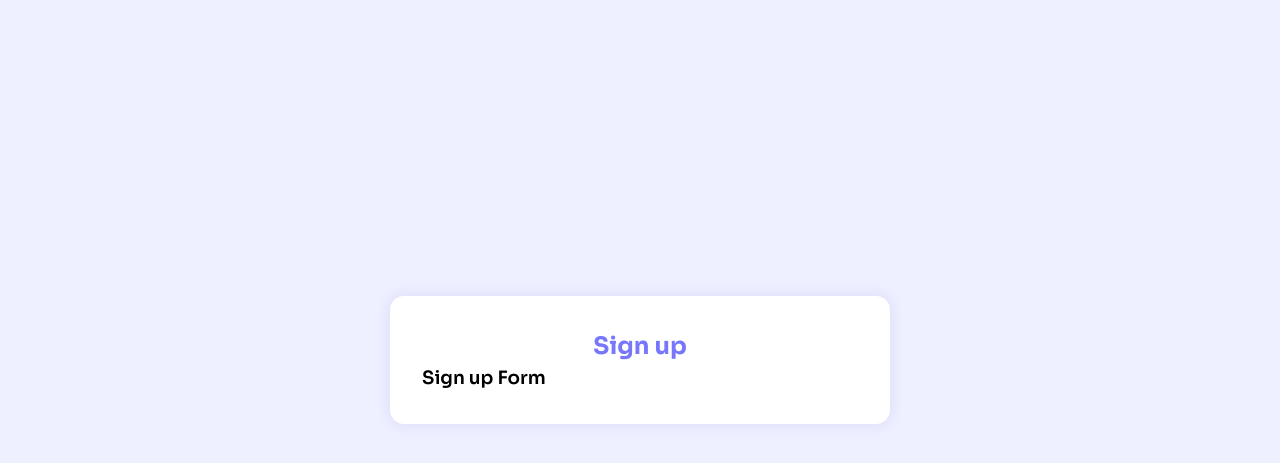
Repository: CarsonDev1/Formik
Page: /
An editor plug-in stored every save of this project. The page is shown before and after the next save, followed by the edit.
The browser window is 1280 px wide. The pictures show the whole page.
The project was rebuilt for these pictures with package versions that can differ from the ones it lists, and the page was loaded fresh each time. Also part of the build but not shown: src/Components/signup.css.

Above is the page before, as saved 2022-08-28 09:27:26.

After the next save:
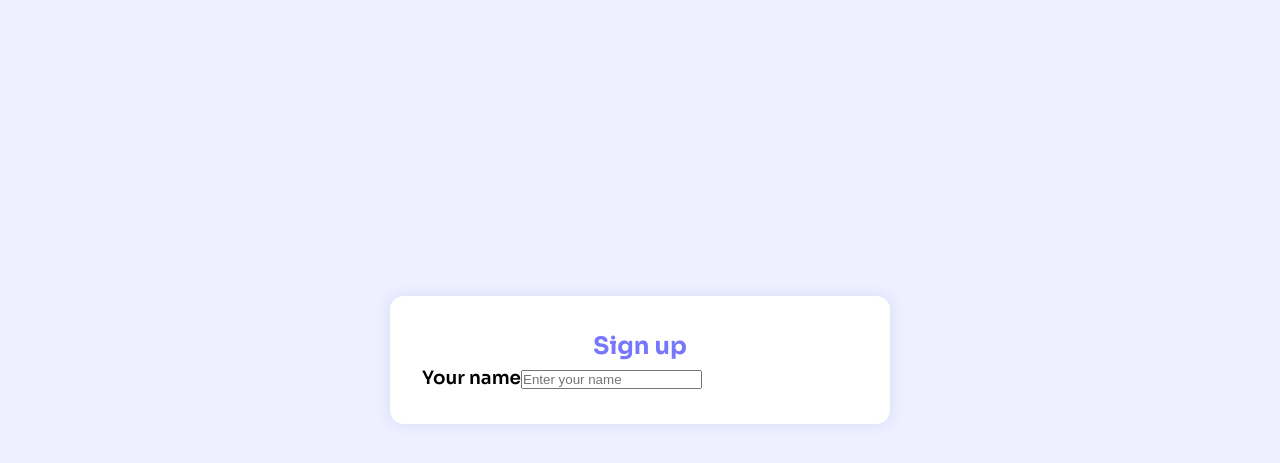
Saved 73 s later.
--- a/src/Components/SignupForm.jsx
+++ b/src/Components/SignupForm.jsx
@@ -6,7 +6,19 @@ const SignupForm = () => {
 	const [phone, setPhone] = useState("");
 	const [password, setPassword] = useState("");
 	const [confirmedPassword, setConfirmedPassword] = useState("");
-	return <>Sign up Form</>;
+	return (
+		<section>
+			<form className="infoform">
+				<label>Your name</label>
+				<input
+					type="text"
+					id="name"
+					name="name"
+					placeholder="Enter your name"
+				/>
+			</form>
+		</section>
+	);
 };
 
 export default SignupForm;
